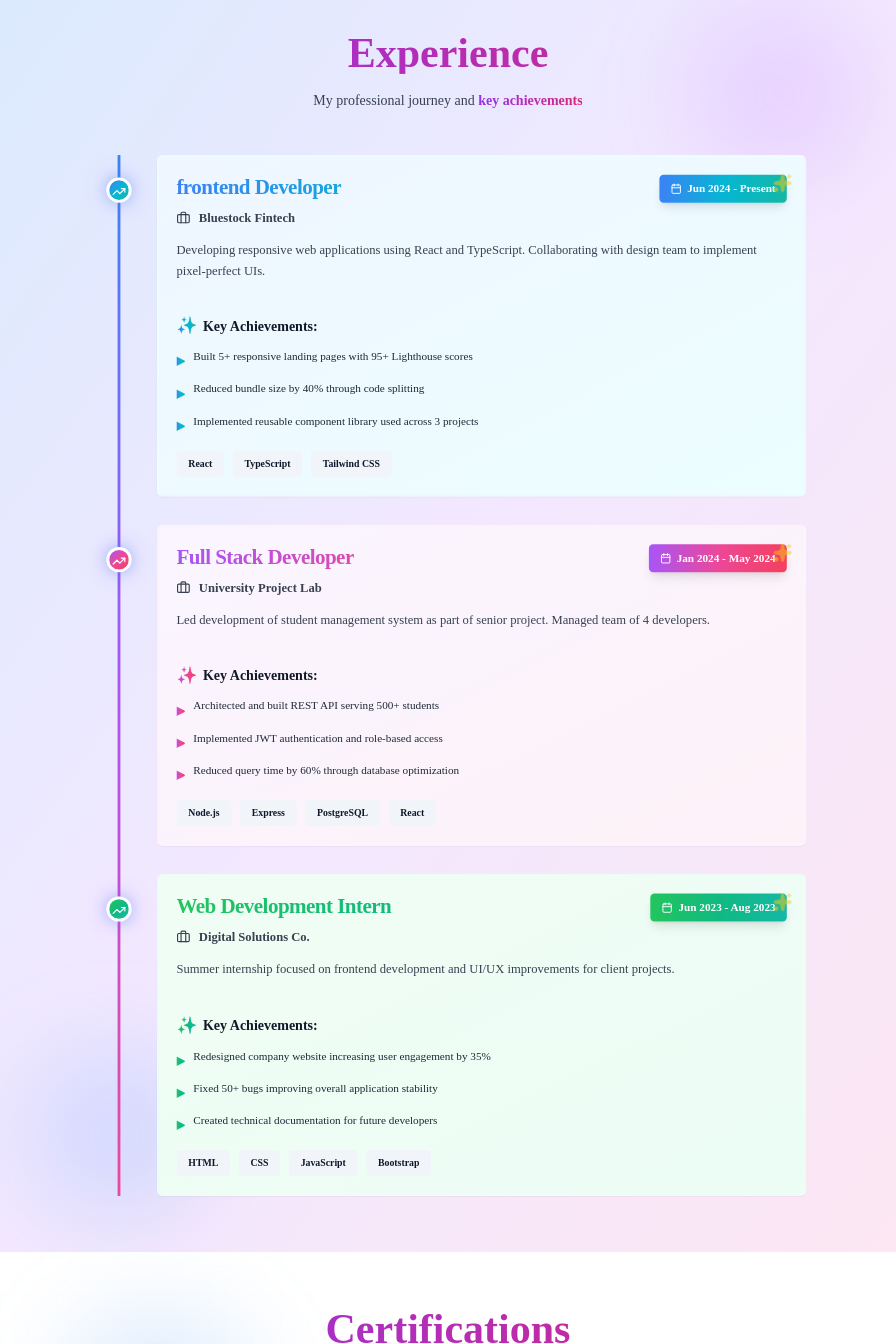
Repository: sm6746/PORTFOLIO
Page: /
These files come from the project's save history. The page is drawn as it stood at one moment and after the next save; the edit follows.
The browser window is 1280 px wide. The pictures show the part of the page from y = 4021 to 5941 px (the page is 8297 px tall before and 8403 px after), at 70% of full size.
The project was rebuilt for these pictures with package versions that can differ from the ones it lists, and the page was loaded fresh each time. Also part of the build but not shown: vite.config.ts.

Above is the page before, as saved 2025-11-07 07:46:57.

After the next save:
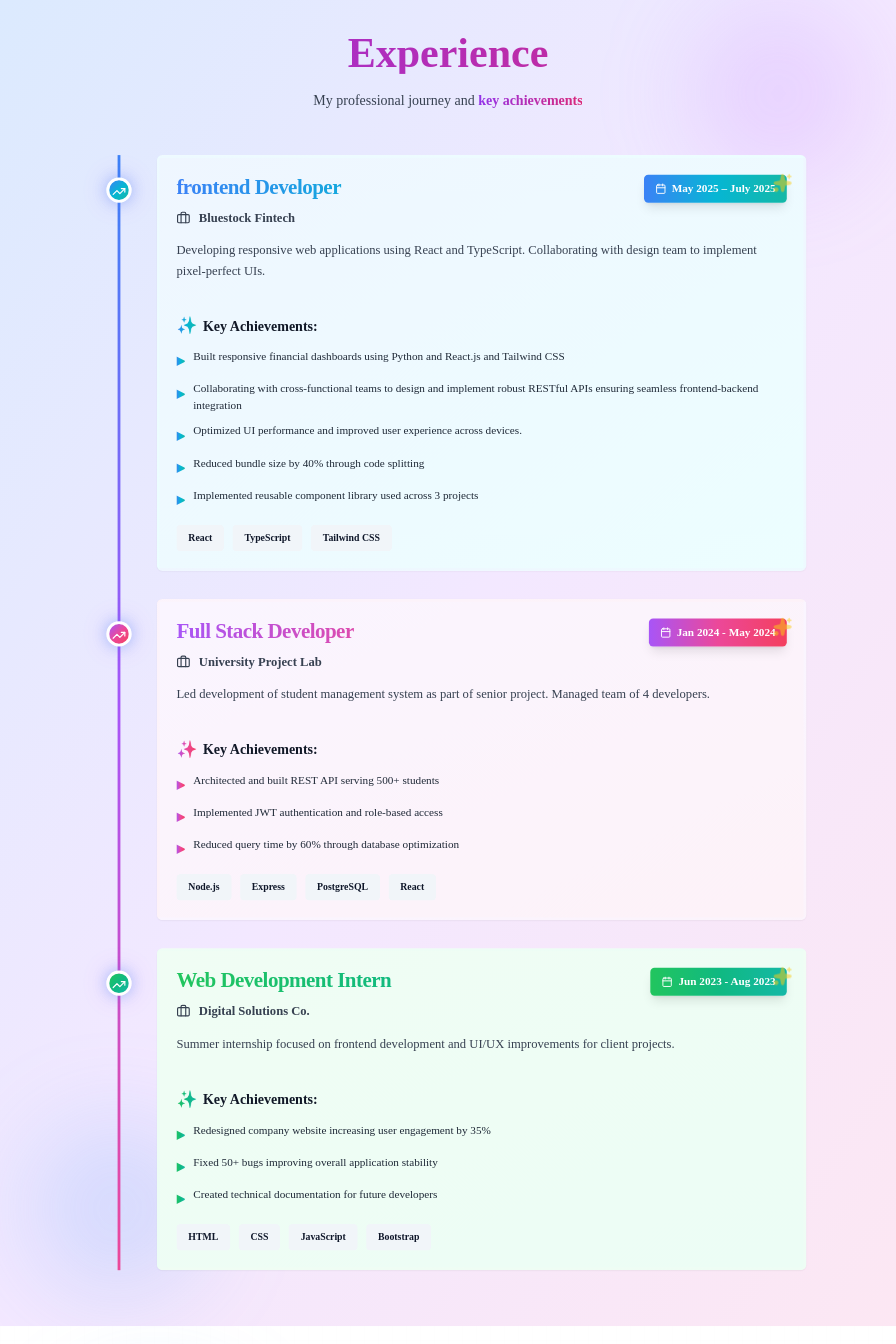
Saved 2 min 8 s later.
--- a/components/experience-section.tsx
+++ b/components/experience-section.tsx
@@ -10,10 +10,12 @@ export function ExperienceSection() {
     {
       title: 'frontend Developer ',
       company: 'Bluestock Fintech',
-      period: 'Jun 2024 - Present',
+      period: 'May 2025 – July 2025',
       description: 'Developing responsive web applications using React and TypeScript. Collaborating with design team to implement pixel-perfect UIs.',
       achievements: [
-        'Built 5+ responsive landing pages with 95+ Lighthouse scores',
+        ' Built responsive financial dashboards using Python and React.js and Tailwind CSS',
+        'Collaborating with cross-functional teams to design and implement robust RESTful APIs ensuring seamless frontend-backend integration',
+        'Optimized UI performance and improved user experience across devices.',
         'Reduced bundle size by 40% through code splitting',
         'Implemented reusable component library used across 3 projects',
       ],
